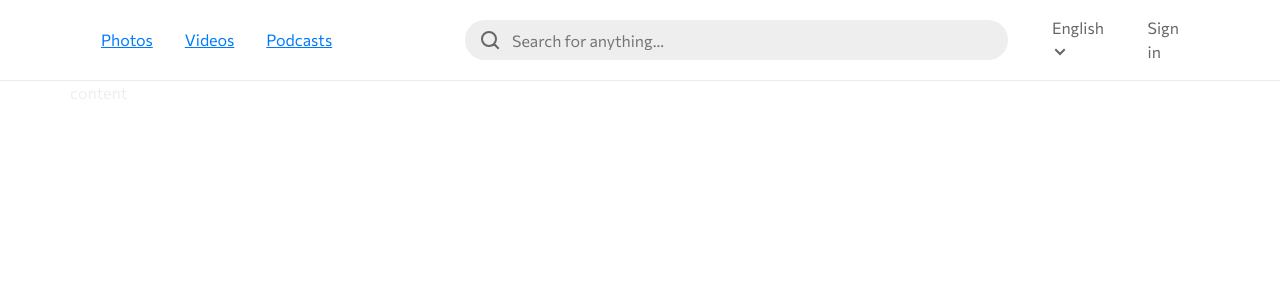
Repository: densavi/djinni
Page: index.html
These files come from the project's save history. The page is drawn as it stood at one moment and after the next save; the edit follows.
The browser window is 1280 px wide. The pictures show the whole page.
The style sheet was rebuilt from its Sass, Less or Tailwind sources for each picture, by a compiler version that may differ from the author's.

Above is the page before, as saved 2023-04-10 21:51:59.

After the next save:
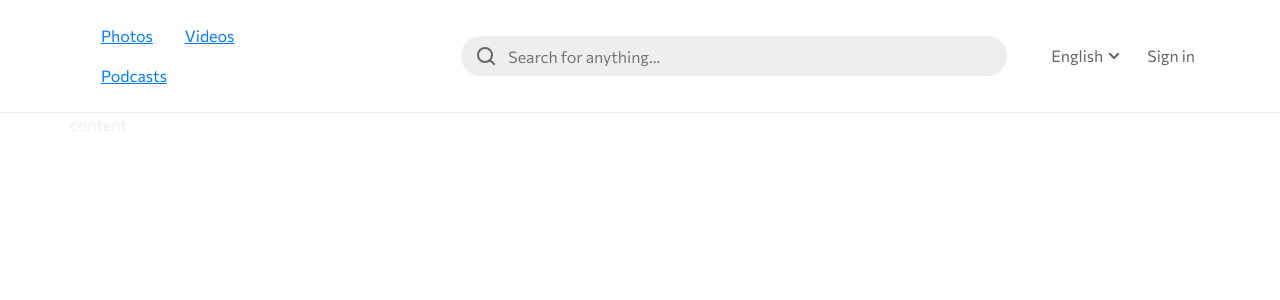
Saved 21 s later.
--- a/index.html
+++ b/index.html
@@ -28,7 +28,7 @@
             </ul>
           </nav>
         </div>
-        <div class="col-8 d-flex align-items-center justify-content-end">
+        <div class="col-9 d-flex align-items-center justify-content-end">
           <label for="search" class="header__search">
             <img src="img/search.svg" alt="Search">
             <input type="search" placeholder="Search for anything...">
